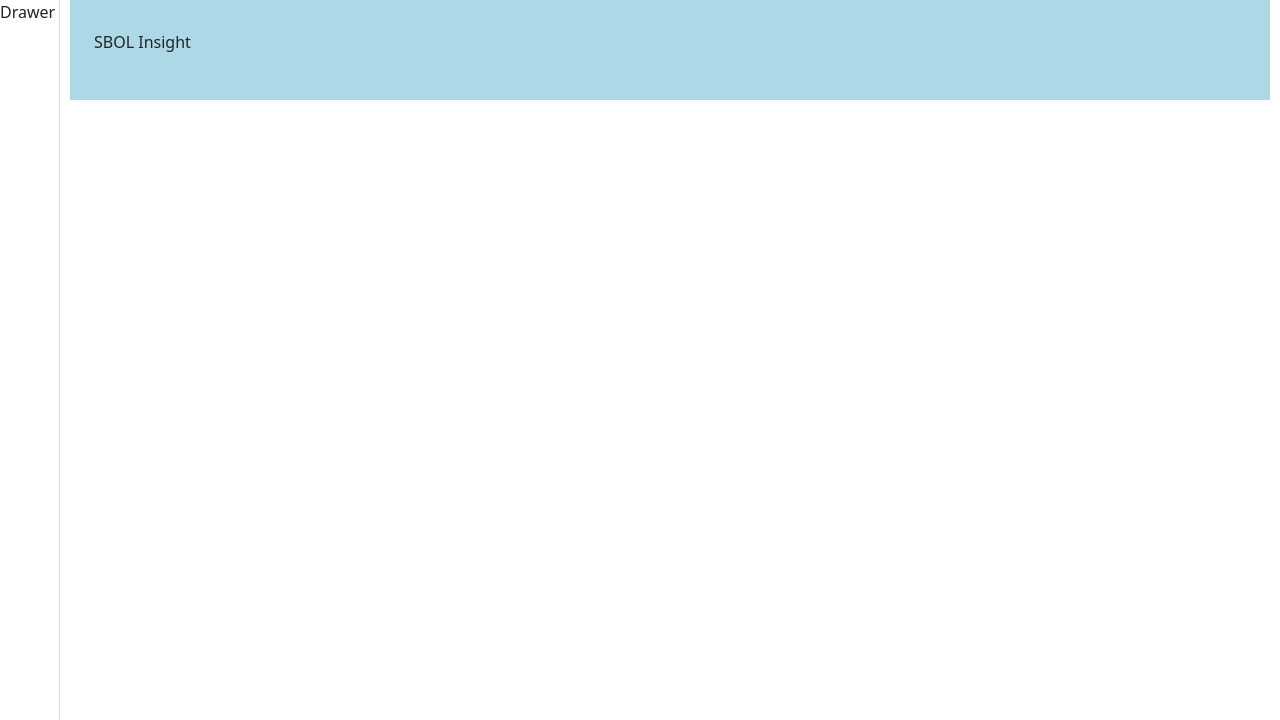
Repository: imark00/sbolInsight_frontend
Page: /
These files come from the project's save history. The page is drawn as it stood at one moment and after the next save; the edit follows.
The browser window is 1280 px wide. The pictures show the whole page.
The project was rebuilt for these pictures with package versions that can differ from the ones it lists, and the page was loaded fresh each time. Also part of the build but not shown: src/App.css.

Above is the page before, as saved 2024-08-13 17:31:35.

After the next save:
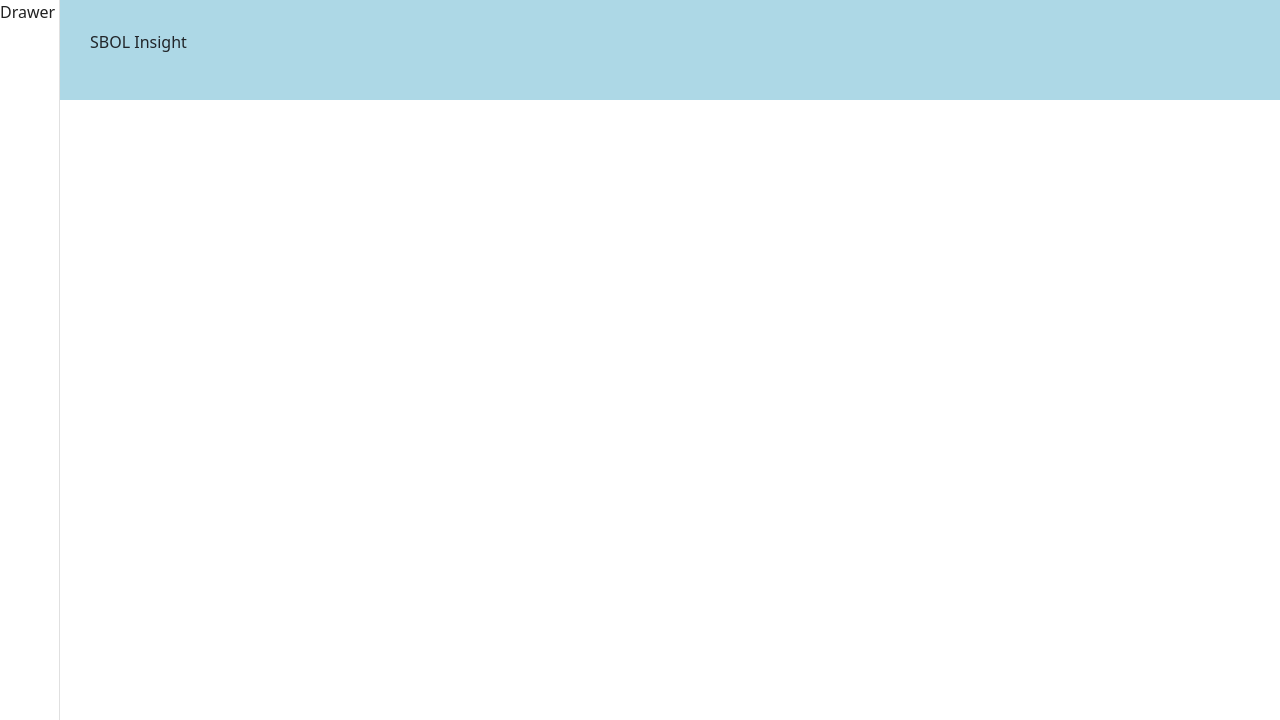
Saved 85 s later.
--- a/src/sbolInsight.js
+++ b/src/sbolInsight.js
@@ -23,7 +23,7 @@
                 <p>Drawer</p>
             </Drawer>
 
-            <Container
+            <Box
                 sx={{
                     width: '100%',
                     background: 'lightblue',
@@ -32,7 +32,7 @@
 
             >
                 <p>SBOL Insight</p>
-            </Container>
+            </Box>
         </Box>
     );
 }
